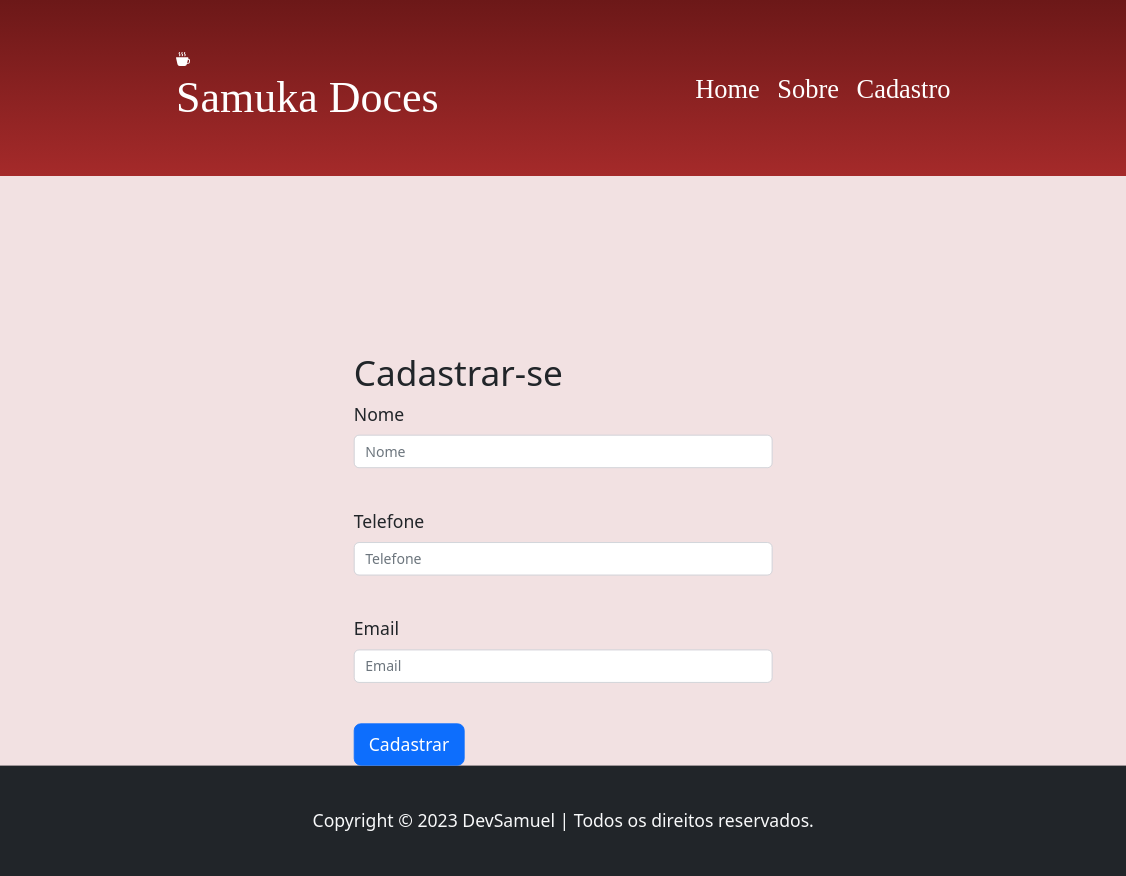
Repository: devsamuel23/github.io-doces_GIT
Page: /Cadastro
The author's editor kept a copy of each file at every save. The page is drawn from the files as they stood at one save, then again after the next save.
The browser window is 1280 px wide. The pictures show the whole page, at 88% of full size.
The project was rebuilt for these pictures with package versions that can differ from the ones it lists, and the page was loaded fresh each time. Also part of the build but not shown: src/index.css, src/services/api.js, src/pages/Home/styles.css, src/pages/Home/index.js, src/pages/Sobre/index.js, src/pages/Erro/style.css, src/pages/Erro/index.js, src/pages/Produto/styles.css and 2 more.

Above is the page before, as saved 2023-04-14 21:21:03.

### public/index.html
<!DOCTYPE html>
<html lang="pt-br">
  <head>
    <meta charset="utf-8" />
    <link rel="icon" href="http://gg.gg/doceee" />
    <meta name="viewport" content="width=device-width, initial-scale=1" />


    <title>Samuka Doces</title>
  </head>
  <body>
    <noscript>You need to enable JavaScript to run this app.</noscript>
    <div id="root"></div>
  </body>
</html>

### src/index.js
import React from 'react';
import ReactDOM from 'react-dom/client';
import './index.css';
import App from './App';

const root = ReactDOM.createRoot(document.getElementById('root'));
root.render(

    <App />

);

### src/App.js
import RoutesApp from "./routes";


function App() {
  return (
          <RoutesApp />

  );
}

export default App;

### src/routes.js
import { BrowserRouter, Routes, Route } from "react-router-dom";

import Home from "./pages/Home";
import Sobre from "./pages/Sobre";
import Cadastro from "./pages/Cadastro";
import Erro from "./pages/Erro";
import Produto from "./pages/Produto";
import Vitrine from "./pages/Vitrine";


import Header from "./components/Header";
import Footer from "./components/Footer";

function RoutesApp() {
  return (
    <BrowserRouter>
      <Header />

      <Routes>
        <Route>
          {/* <Route path="/" element={<Home />} /> */}
          <Route path="/Sobre" element={<Sobre />} />
          <Route path="/" element={<Vitrine />} />
          <Route path="/Cadastro" element={<Cadastro />} />
          <Route path="/Produto/:id" element={<Produto />} />


          <Route path="*" element={<Erro />} />
        </Route>
      </Routes>
      <Footer/>
    </BrowserRouter>
  );
}

export default RoutesApp;

### src/pages/Cadastro/index.js
import axios from "axios";
import React from "react";
import { useState } from "react";
import"./style.css";
import Form from 'react-bootstrap/Form';
import Button from 'react-bootstrap/Button';



function Contato() {
  const [nome, setNome] = useState("");
  const [email, setEmail] = useState("");
  const [telefone, setTelefone] = useState("");

  function handleRegister(e) {
    e.preventDefault();
    const data = {
      nome,
      email,
      telefone,
    };

    axios
      .post("https://63069afec0d0f2b8011f9944.mockapi.io/cadastro", data)
      .then((response) => {
        console.log(response.data);

        alert("Você foi cadastrado!");
      });
    }

    return (

      <div className="container">
        <h1 className="cadastro">Cadastrar-se</h1>
    <Form onSubmit={handleRegister}>
      <Form.Group className="mb-3" controlId="formBasicEmail">
        <Form.Label>Nome</Form.Label>
        <Form.Control type="string" placeholder="Nome"  value={nome}
          onChange={(e) => setNome(e.target.value)} />
      </Form.Group>
      <br></br>

      <Form.Group className="mb-3" controlId="formBasicEmail">
        <Form.Label>Telefone</Form.Label>
        <Form.Control type="string" placeholder="Telefone" value={telefone}
          onChange={(e) => setTelefone(e.target.value)} />
      </Form.Group>
      <br></br>
      <Form.Group className="mb-3" controlId="formBasicEmail">
        <Form.Label>Email</Form.Label>
        <Form.Control type="string" placeholder="Email" value={email}
          onChange={(e) => setEmail(e.target.value)} />
      </Form.Group>

      <br></br>

      <Button type="submit"  className="btn btn-primary btn-lg">
        Cadastrar
      </Button>
    </Form>
    </div>
  );
}

export default Contato;

### src/components/Header/index.js
import { Link } from "react-router-dom";
import "./style.css";
import "bootstrap/dist/css/bootstrap.min.css";

function Header() {
  return (
    <header>
        <div className="logo">
      <svg
        xmlns="http://www.w3.org/2000/svg"
        width="16"
        height="16"
        fill="currentColor"
        className="bi bi-cup-hot-fill"
        viewBox="0 0 16 16"
      >
        <path
          fillRule="evenodd"
          d="M.5 6a.5.5 0 0 0-.488.608l1.652 7.434A2.5 2.5 0 0 0 4.104 16h5.792a2.5 2.5 0 0 0 2.44-1.958l.131-.59a3 3 0 0 0 1.3-5.854l.221-.99A.5.5 0 0 0 13.5 6H.5ZM13 12.5a2.01 2.01 0 0 1-.316-.025l.867-3.898A2.001 2.001 0 0 1 13 12.5Z"
        />
        <path d="m4.4.8-.003.004-.014.019a4.167 4.167 0 0 0-.204.31 2.327 2.327 0 0 0-.141.267c-.026.06-.034.092-.037.103v.004a.593.593 0 0 0 .091.248c.075.133.178.272.308.445l.01.012c.118.158.26.347.37.543.112.2.22.455.22.745 0 .188-.065.368-.119.494a3.31 3.31 0 0 1-.202.388 5.444 5.444 0 0 1-.253.382l-.018.025-.005.008-.002.002A.5.5 0 0 1 3.6 4.2l.003-.004.014-.019a4.149 4.149 0 0 0 .204-.31 2.06 2.06 0 0 0 .141-.267c.026-.06.034-.092.037-.103a.593.593 0 0 0-.09-.252A4.334 4.334 0 0 0 3.6 2.8l-.01-.012a5.099 5.099 0 0 1-.37-.543A1.53 1.53 0 0 1 3 1.5c0-.188.065-.368.119-.494.059-.138.134-.274.202-.388a5.446 5.446 0 0 1 .253-.382l.025-.035A.5.5 0 0 1 4.4.8Zm3 0-.003.004-.014.019a4.167 4.167 0 0 0-.204.31 2.327 2.327 0 0 0-.141.267c-.026.06-.034.092-.037.103v.004a.593.593 0 0 0 .091.248c.075.133.178.272.308.445l.01.012c.118.158.26.347.37.543.112.2.22.455.22.745 0 .188-.065.368-.119.494a3.31 3.31 0 0 1-.202.388 5.444 5.444 0 0 1-.253.382l-.018.025-.005.008-.002.002A.5.5 0 0 1 6.6 4.2l.003-.004.014-.019a4.149 4.149 0 0 0 .204-.31 2.06 2.06 0 0 0 .141-.267c.026-.06.034-.092.037-.103a.593.593 0 0 0-.09-.252A4.334 4.334 0 0 0 6.6 2.8l-.01-.012a5.099 5.099 0 0 1-.37-.543A1.53 1.53 0 0 1 6 1.5c0-.188.065-.368.119-.494.059-.138.134-.274.202-.388a5.446 5.446 0 0 1 .253-.382l.025-.035A.5.5 0 0 1 7.4.8Zm3 0-.003.004-.014.019a4.077 4.077 0 0 0-.204.31 2.337 2.337 0 0 0-.141.267c-.026.06-.034.092-.037.103v.004a.593.593 0 0 0 .091.248c.075.133.178.272.308.445l.01.012c.118.158.26.347.37.543.112.2.22.455.22.745 0 .188-.065.368-.119.494a3.198 3.198 0 0 1-.202.388 5.385 5.385 0 0 1-.252.382l-.019.025-.005.008-.002.002A.5.5 0 0 1 9.6 4.2l.003-.004.014-.019a4.149 4.149 0 0 0 .204-.31 2.06 2.06 0 0 0 .141-.267c.026-.06.034-.092.037-.103a.593.593 0 0 0-.09-.252A4.334 4.334 0 0 0 9.6 2.8l-.01-.012a5.099 5.099 0 0 1-.37-.543A1.53 1.53 0 0 1 9 1.5c0-.188.065-.368.119-.494.059-.138.134-.274.202-.388a5.446 5.446 0 0 1 .253-.382l.025-.035A.5.5 0 0 1 10.4.8Z" />
      </svg>
      <h2 className="Slogan">Samuka Doces</h2>
      </div>

      <div className="menu">
        <Link to="/">Home</Link>
        <Link to="/Sobre">Sobre</Link>
        {/* <Link to="/Vitrine">Vitrine</Link> */}
        <Link to="/Cadastro">Cadastro</Link>

      </div>
    </header>
  );
}

export default Header;

### src/components/Footer/index.js
import "./style.css"
import "bootstrap/dist/css/bootstrap.min.css";

function Footer() {
  return (
    <div className="bg-dark text-light text-center p-5" >
        Copyright © 2023 DevSamuel | Todos os direitos reservados.
    </div>
  )
}

export default Footer;

### src/pages/Cadastro/style.css
.container{
    margin-top: 200px;
    max-width: 500px;
}

### src/pages/Vitrine/style.css
body {
    background-color: #f2e1e2;
}

.vit {
    padding: 50px 200px;
}

.vit h1 {
    text-align: center;
    font-size: 70px;
    font-family: alex brush;
    text-shadow: rgb(175, 76, 76) 0.1em 0.1em 0.2em;
}

.container-vitrine {
    display: grid;
    grid-template-columns: repeat(4, 20%);
    grid-auto-rows: 300px;
    justify-content: center;
    margin-top: 60px;
}

.item-vitrine{
    display: block;
    overflow: hidden;
    width: 250px;
    height: 250px;
    border-width: 20px;
    border-style: solid;
    border-image: linear-gradient(0deg, #c05080, #bc827b) 1;
}

.item-vitrine img{
    width: 100%;
    height: 100%;
    object-fit: cover;
}
.img-sombra {
    box-shadow: 7px 7px 13px 10px rgba(20, 30, 40, 0.22);
}

.cards-vitrine{
    display: flex;
    flex-wrap: wrap;
}

.card {
    border-radius: 5px;
    box-shadow: 7px 7px 13px 0px rgb(170, 52, 52);
    padding: 30px;
    margin: 20px;
    width: 400px;
    transition: all 0.3s ease-out;
    justify-content: space-around;
}
.image{
    max-height: 250px;
    border-radius: 50%;
}
.card h2{
    font-weight: bold;
   text-align: center;
   padding: 30px 0;

}

.myButton {
	box-shadow: 3px 4px 0px 0px #899599;
	background:linear-gradient(to bottom, #ededed 5%, #bab1ba 100%);
	background-color:#ededed;
	border-radius:15px;
	border:1px solid #d6bcd6;
	display:inline-block;
	cursor:pointer;
	color:#3a8a9e;
	font-family:Arial;
	font-size:20px;
	padding:7px 25px;
	text-decoration:none;
	text-shadow:0px 1px 0px #e1e2ed;
}
.myButton:hover {
	background:linear-gradient(to bottom, #bab1ba 5%, #ededed 100%);
	background-color:#bab1ba;
}
.myButton:active {
	position:relative;
	top:1px;
}

### src/components/Header/style.css
* {
  margin: 0;
  padding: 0;
  box-sizing: border-box;
}

div .logo{
  width: 100%;
  height: 100px;
}
.Slogan{
    font-family: alex brush;
    font-size: 50px;
    width: auto;
    height: 100%;
    color: #FFF;
}
header{
  width: 100%;
  height: auto;
  background: rgb(165,42,42);
  background: linear-gradient(0deg, rgba(165,42,42,1) 0%, rgba(108,24,24,1) 100%);
  color: #FFF;

  display: flex;
  align-items: center;
  justify-content: space-between;
  padding: 50px 200px ;
}

header a{
  color: #FFF;
  font-size: 30px;
  font-family: alex brush;
  text-decoration: none;
}

header a + a{
  margin-left: 20px;
}

header a:hover{
  text-decoration: underline;
  color: #f2e1e2;
}

### src/components/Footer/style.css
div {
    font-size: 20px;
}

After the next save:
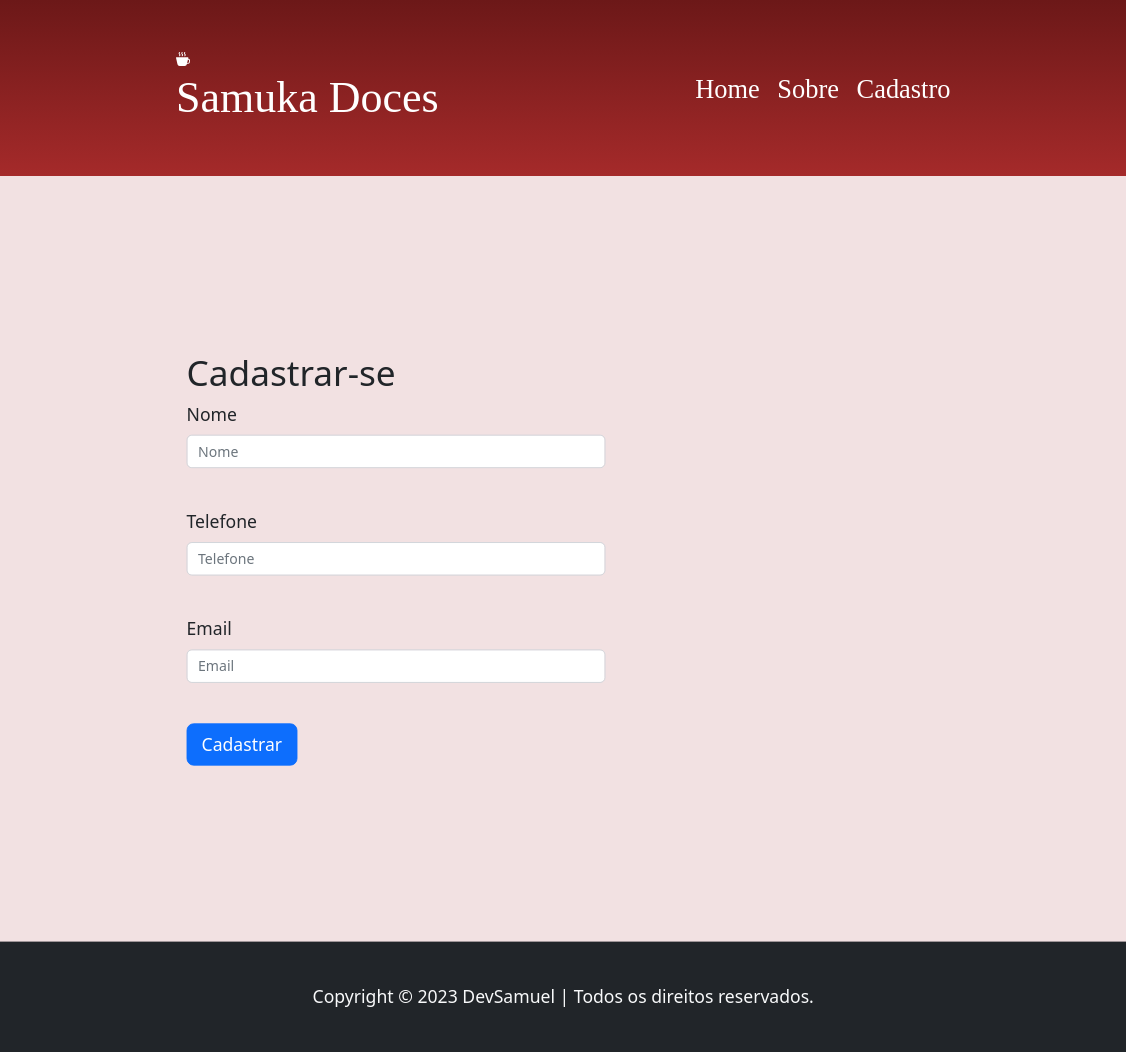
Saved 2 min 33 s later.
--- a/src/pages/Cadastro/style.css
+++ b/src/pages/Cadastro/style.css
@@ -1,4 +1,4 @@
 .container{
-    margin-top: 200px;
+    margin: 200px;
     max-width: 500px;
 }

After the save that followed:
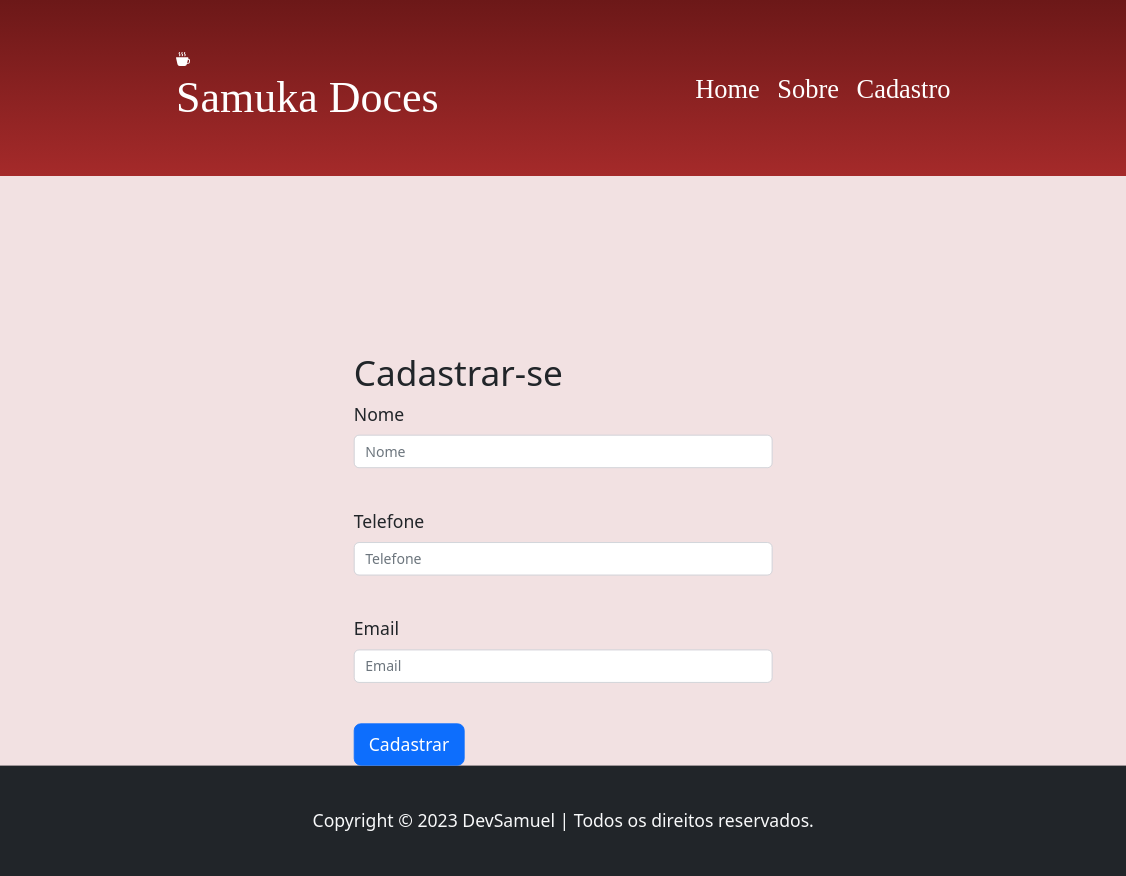
Saved 6 s later.
--- a/src/pages/Cadastro/style.css
+++ b/src/pages/Cadastro/style.css
@@ -1,4 +1,4 @@
 .container{
-    margin: 200px;
+    margin-top: 200px;
     max-width: 500px;
 }
